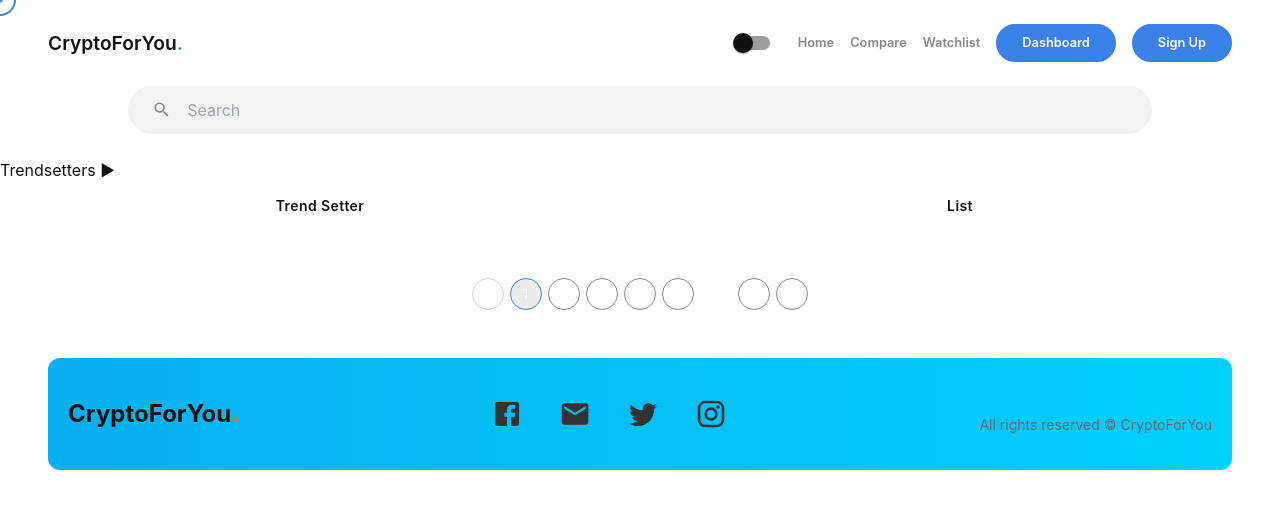
Repository: Pran2535/Prince
Page: /dashboard
These files come from the project's save history. The page is drawn as it stood at one moment and after the next save; the edit follows.
The browser window is 1280 px wide. The pictures show the whole page.
The page's requests for data from a server got no answer. The project was rebuilt for these pictures with package versions that can differ from the ones it lists, and the page was loaded fresh each time. No one was signed in, and anything a server would have sent is missing. Also part of the build but not shown: src/components/CoinPage/Info/styles.css, src/components/CoinPage/Info/index.js, src/components/CoinPage/LineChart/index.js, src/components/CoinPage/SelectDays/styles.css, src/components/CoinPage/SelectDays/index.js, src/components/CoinPage/ToggleComponent/index.js, src/components/Common/Loader/styles.css, src/components/Dashboard/List/styles.css and 20 more.

Above is the page before, as saved 2024-06-24 09:21:31.

### src/index.css
@tailwind base;
@tailwind components;
@tailwind utilities;

@import url("https://fonts.googleapis.com/css2?family=Inter:wght@100;200;300;500;600;700&display=swap");

:root {
  --white: #fff;
  --black: #111;
  --blue: #3a80e9;
  --grey: #888;
  --darkgrey: #1b1b1b;
  --green: #61c96f;
  --red: #f94141;
}

[data-theme="dark"] {
  --white: #ffffff;
  --black: #111;
  --grey: #888;
  --darkgrey: #1b1b1b;
}

[data-theme="light"] {
  --white: #111;
  --black: #fff;
  --grey: #888;
  --darkgrey: #f3f3f3;
}

html {
  scroll-behavior: smooth;
}

body {
  margin: 0;
  font-family: "Inter", sans-serif;
  -webkit-font-smoothing: antialiased;
  -moz-osx-font-smoothing: grayscale;
  background-color: var(--black);

  overflow-x: hidden;
}

h1,
h2,
h3,
h4,
h5,
h6,
p,
span {
  color: var(--white);
}

::selection {
  background-color: var(--blue);
  color: var(--white);
}

::-webkit-scrollbar {
  width: 0.3rem;
}

::-webkit-scrollbar-track {
  background-color: var(--black);
}

::-webkit-scrollbar-thumb {
  background: var(--blue);
  border-radius: 10px;
}

img {
  -webkit-user-drag: none;
  -khtml-user-drag: none;
  -moz-user-drag: none;
  -o-user-drag: none;
}

a {
  text-decoration: none;
  color: var(--white) !important;
}

.cursor {
  position: fixed;
  transform: translateX(-50%) translateY(-50%);
  pointer-events: none;
  background-color: var(--blue);
  z-index: 10000;
  border: 2px solid var(--blue);
  height: 0.3rem;
  width: 0.3rem;
  border-radius: 50%;
  transition: all 200ms ease-out;
}

.cursor-pointer {
  position: fixed;
  transform: translateX(-50%) translateY(-50%);
  pointer-events: none;
  background-color: transparent;
  border-radius: 50%;
  z-index: 10000;
  border: 2px solid var(--blue);
  height: 2rem;
  width: 2rem;
  transition: all 400ms ease-out;
}

@media only screen and (max-width: 600px) {
  .cursor-pointer,
  .cursor {
    display: none;
  }
}

### src/App.js
import { createTheme, ThemeProvider } from "@mui/material";
import { BrowserRouter, Route, Routes } from "react-router-dom";
import "./App.css";
import Coin from "./pages/Coin";
import Compare from "./pages/Compare";
import Dashboard from "./pages/Dashboard";
import Home from "./pages/Home";
import Watchlist from "./pages/Watchlist";
import { ToastContainer, toast } from "react-toastify";
import "react-toastify/dist/ReactToastify.css";
import { useEffect } from "react";
import Signup from "./pages/Signup";

function App() {
  const theme = createTheme({
    palette: {
      primary: {
        main: "#3a80e9",
      },
    },
  });

  var cursor;
  var cursorPointer;

  useEffect(() => {
    cursor = document.getElementById("cursor");
    cursorPointer = document.getElementById("cursor-pointer");

    document.body.addEventListener("mousemove", function (e) {
      return (
        (cursor.style.left = e.clientX + "px"),
        (cursor.style.top = e.clientY + "px"),
        (cursorPointer.style.left = e.clientX + "px"),
        (cursorPointer.style.top = e.clientY + "px")
      );
    });

    document.body.addEventListener("mousedown", function (e) {
      return (
        (cursor.style.height = "0.5rem"),
        (cursor.style.width = "0.5rem"),
        (cursorPointer.style.height = "3rem"),
        (cursorPointer.style.width = "3rem")
      );
    });

    document.body.addEventListener("mouseup", function (e) {
      return (
        (cursor.style.height = "0.3rem"),
        (cursor.style.width = "0.3rem"),
        (cursorPointer.style.height = "2rem"),
        (cursorPointer.style.width = "2rem")
      );
    });
  }, []);

  return (
    <div className="App">
      <div className="cursor" id="cursor" />
      <div className="cursor-pointer" id="cursor-pointer" />
      <ToastContainer />
      <ThemeProvider theme={theme}>
        <BrowserRouter>
          <Routes>
            <Route path="/" element={<Home />} />
            <Route path="/dashboard" element={<Dashboard />} />
            <Route path="/coin/:id" element={<Coin />} />
            <Route path="/compare" element={<Compare />} />
            <Route path="/watchlist" element={<Watchlist />} />
            <Route path="/signup" element={<Signup />} />
          </Routes>
        </BrowserRouter>
      </ThemeProvider>
    </div>
  );
}

export default App;

### src/pages/Dashboard.js
import React, { useEffect, useState } from "react";
import axios from "axios";
import Header from "../components/Common/Header";
import Loader from "../components/Common/Loader";
import Search from "../components/Dashboard/Search";
import TabsComponent from "../components/Dashboard/Tabs";
import PaginationComponent from "../components/Dashboard/Pagination";
import TopButton from "../components/Common/TopButton";
import Footer from "../components/Common/Footer/footer";
import TrendSetter from "../components/Dashboard/TrendSetter";

function Dashboard() {
  const [coins, setCoins] = useState([]);
  const [loading, setLoading] = useState(false);
  const [search, setSearch] = useState("");
  const [page, setPage] = useState(1);
  const [paginatedCoins, setPaginatedCoins] = useState([]);
  const [bitcoin, setBitcoin] = useState(null);
  const [ethereum, setEthereum] = useState(null);
  const [solana, setSolana] = useState(null);

  useEffect(() => {
    getData();
  }, []);

  const getData = () => {
    setLoading(true);
    axios
      .get(
        "https://api.coingecko.com/api/v3/coins/markets?vs_currency=usd&order=market_cap_desc&per_page=100&page=1&sparkline=false"
      )
      .then((response) => {
        console.log("RESPONSE>>>", response.data);
        setCoins(response.data);
        setPaginatedCoins(response.data.slice(0, 10));

        // Filter out Bitcoin, Ethereum, and Solana
        const btc = response.data.find((coin) => coin.symbol === "btc");
        const eth = response.data.find((coin) => coin.symbol === "eth");
        const sol = response.data.find((coin) => coin.symbol === "sol");
        setBitcoin(btc);
        setEthereum(eth);
        setSolana(sol);

        setLoading(false);
      })
      .catch((error) => {
        console.log("ERROR>>>", error.message);
        setLoading(false);
      });
  };

  const handleChange = (e) => {
    setSearch(e.target.value);
    console.log(e.target.value);
  };

  const filteredCoins = coins.filter(
    (coin) =>
      coin.name.toLowerCase().includes(search.trim().toLowerCase()) ||
      coin.symbol.toLowerCase().includes(search.trim().toLowerCase())
  );

  const handlePageChange = (event, value) => {
    setPage(value);
    // Value = new page number
    var initialCount = (value - 1) * 10;
    setPaginatedCoins(coins.slice(initialCount, initialCount + 10));
  };

  return (
    <>
      <Header />
      {loading ? (
        <Loader />
      ) : (
        <>
          <Search search={search} handleChange={handleChange} />
          <TrendSetter bitcoin={bitcoin} ethereum={ethereum} solana={solana} />
          <TabsComponent
            coins={search ? filteredCoins : paginatedCoins}
            setSearch={setSearch}
          />
          {!search && (
            <PaginationComponent
              page={page}
              handlePageChange={handlePageChange}
            />
          )}
        </>
      )}
      <TopButton />
      <Footer />
    </>
  );
}

export default Dashboard;

### src/components/Common/Header/index.js
import React, { useEffect, useState } from "react";
import Button from "../Button";
import TemporaryDrawer from "./drawer";
import "./styles.css";
import Switch from "@mui/material/Switch";
import { toast } from "react-toastify";

function Header() {
  const [darkMode, setDarkMode] = useState(
    localStorage.getItem("theme") === "dark"
  );

  useEffect(() => {
    if (localStorage.getItem("theme") === "dark") {
      setDark();
    } else {
      setLight();
    }
  }, []);

  const changeMode = () => {
    if (localStorage.getItem("theme") !== "dark") {
      setDark();
    } else {
      setLight();
    }
    setDarkMode(!darkMode);
    toast.success("Theme Changed!");
  };

  const setDark = () => {
    localStorage.setItem("theme", "dark");
    document.documentElement.setAttribute("data-theme", "dark");
  };

  const setLight = () => {
    localStorage.setItem("theme", "light");
    document.documentElement.setAttribute("data-theme", "light");
  };

  return (
    <div className="header">
      <h1>
        CryptoForYou<span style={{ color: "var(--blue)" }}>.</span>
      </h1>
      <div className="links">
        <Switch checked={darkMode} onClick={changeMode} />
        <a href="/">
          <p className="link">Home</p>
        </a>
        <a href="/compare">
          <p className="link">Compare</p>
        </a>
        <a href="/watchlist">
          <p className="link">Watchlist</p>
        </a>
        <a href="/dashboard">
          <Button text={"Dashboard"} />
        </a>
        {/* Adding the sign-up button */}
        <a href="/signup">
          <Button text={"Sign Up"} />
        </a>
      </div>
      <div className="drawer-component">
        <TemporaryDrawer />
      </div>
    </div>
  );
}

export default Header;

### src/components/Dashboard/Tabs/index.js
import * as React from "react";
import Tab from "@mui/material/Tab";
import TabContext from "@mui/lab/TabContext";
import TabList from "@mui/lab/TabList";
import TabPanel from "@mui/lab/TabPanel";
import "./styles.css";
import List from "../List";
import { convertNumber } from "../../../functions/convertNumber";
import Button from "../../Common/Button";
import TrendSetter from "../TrendSetter"; // Adjust the path as needed

export default function TabsComponent({
  coins,
  setSearch,
  bitcoin,
  ethereum,
  solana,
}) {
  const [value, setValue] = React.useState("grid");

  const handleChange = (event, newValue) => {
    setValue(newValue);
  };

  const style = {
    color: "var(--white)",
    "& .Mui-selected": {
      color: "var(--blue) !important",
    },
    fontFamily: "Inter,sans-serif",
    fontWeight: 600,
    textTransform: "capitalize",
  };

  return (
    <TabContext value={value}>
      <div style={{ borderBottom: 1, borderColor: "divider" }}>
        <TabList onChange={handleChange} variant="fullWidth">
          <Tab label="Trend Setter" value="trendsetter" sx={style} />
          <Tab label="List" value="list" sx={style} />
        </TabList>
      </div>
      <TabPanel value="trendsetter">
        <TrendSetter bitcoin={bitcoin} ethereum={ethereum} solana={solana} />
      </TabPanel>
      <TabPanel value="list">
        <table className="list-flex">
          {coins.length > 0 ? (
            coins.map((coin, i) => (
              <List coin={coin} key={i} delay={(i % 8) * 0.2} />
            ))
          ) : (
            <div>
              <h1 style={{ textAlign: "center" }}>
                Sorry, Couldn't find the coin you're looking for 😞
              </h1>
              <div
                style={{
                  display: "flex",
                  justifyContent: "center",
                  margin: "2rem",
                }}
              >
                <Button text="Clear Search" onClick={() => setSearch("")} />
              </div>
            </div>
          )}
        </table>
      </TabPanel>
    </TabContext>
  );
}

### src/components/Dashboard/Pagination/index.js
import React, { useState } from "react";
import "./styles.css";

import Pagination from "@mui/material/Pagination";

export default function PaginationControlled({ page, handlePageChange }) {
  return (
    <div className="pagination-div">
      <Pagination
        sx={{
          "& .MuiPaginationItem-text": {
            color: "#fff !important",
            border: "1px solid var(--grey)",
          },
          "& .MuiPaginationItem-text:hover": {
            backgroundColor: "transparent !important",
          },
          "& .Mui-selected  ": {
            backgroundColor: "var(--blue)",
            borderColor: "var(--blue)",
          },
          "& .MuiPaginationItem-ellipsis": {
            border: "none",
          },
        }}
        count={10}
        page={page}
        onChange={handlePageChange}
      />
    </div>
  );
}

### src/components/Common/TopButton/index.js
import React from "react";
import ExpandLessRoundedIcon from "@mui/icons-material/ExpandLessRounded";
function TopButton() {
  // Get the button
  let mybutton = document.getElementById("top-btn");

  // When the user scrolls down 20px from the top of the document, show the button
  window.onscroll = function () {
    scrollFunction();
  };

  function scrollFunction() {
    if (
      document.body.scrollTop > 500 ||
      document.documentElement.scrollTop > 500
    ) {
      mybutton.style.display = "flex";
    } else {
      mybutton.style.display = "none";
    }
  }
  return (
    <div
      className="top-btn"
      id="top-btn"
      onClick={() => {
        document.body.scrollTop = 0;
        document.documentElement.scrollTop = 0;
      }}
    >
      <ExpandLessRoundedIcon />
    </div>
  );
}

export default TopButton;

### src/components/Common/Footer/footer.js
import React from "react";
import "./styles.css";
import FacebookIcon from "@mui/icons-material/Facebook";
import EmailIcon from "@mui/icons-material/Email";
import TwitterIcon from "@mui/icons-material/Twitter";
import InstagramIcon from "@mui/icons-material/Instagram";

function Footer() {
  function topFunction() {
    document.body.scrollTop = 0;
    document.documentElement.scrollTop = 0;
  }

  return (
    <div className="footer">
      <h2 className="logo" onClick={() => topFunction()}>
        CryptoForYou<span>.</span>
      </h2>
      <div className="social-links">
        <a href="https://facebook.com">
          <FacebookIcon className="social-link" />
        </a>
        <a href="mailto:Pranav1256kam@gmail.com">
          <EmailIcon className="social-link" />
        </a>
        <a href="https://www.twitter.com">
          <TwitterIcon className="social-link" />
        </a>
        <a href="https://www.instagram.com">
          <InstagramIcon className="social-link" />
        </a>
      </div>
      <p className="footer-text text-white ">
        All rights reserved © CryptoForYou
      </p>
    </div>
  );
}

export default Footer;

### src/components/Dashboard/TrendSetter.js
import React from "react";
import CustomCardComponent from "./CustomCard";
function TrendSetter() {
  // Example coin data
  const trendsettersCoins = [
    {
      id: "bitcoin",
      name: "Bitcoin",
      current_price: 50000,
    },
    {
      id: "ethereum",
      name: "Ethereum",
      current_price: 3000,
    },
    {
      id: "solana",
      name: "Solana",
      current_price: 100,
    },
  ];

  return (
    <div className="dashboard">
      <CustomCardComponent cardName="Trendsetters" coins={trendsettersCoins} />
    </div>
  );
}

export default TrendSetter;

### src/components/Common/Button/styles.css
.btn {
  background-color: var(--blue);
  padding: 0.45rem 1.5rem;
  border-radius: 3rem;
  font-weight: 600;
  font-size: 0.8rem;
  text-transform: capitalize;
  cursor: pointer;
  border: 2px solid var(--blue);
  text-align: center;
  min-width: 80px;
  color: white;
}

.btn:hover {
  box-shadow: 2px 2px 10px rgba(58, 128, 233, 0.5);
  transition: all 0.5s ease-in-out;
}

.btn-outlined {
  text-align: center;
  background-color: var(--black);
  padding: 0.45rem 1.5rem;
  border-radius: 3rem;
  font-weight: 600;
  font-size: 0.8rem;
  text-transform: capitalize;
  cursor: pointer;
  border: 2px solid var(--blue);
  min-width: 80px;
  color: var(--white);
}

.btn-outlined:hover {
  background-color: var(--blue);
  transition: all 0.3s;
}

@media only screen and (max-width: 800px) {
  .btn,
  .btn-outlined {
    font-size: 0.8rem;
  }
}

### src/components/Common/Header/drawer.js
import React, { useEffect, useState } from "react";
import Drawer from "@mui/material/Drawer";
import MenuRoundedIcon from "@mui/icons-material/MenuRounded";
import { IconButton } from "@mui/material";
import Switch from "@mui/material/Switch";
import { toast } from "react-toastify";

export default function TemporaryDrawer() {
  const [open, setOpen] = useState(false);
  const [darkMode, setDarkMode] = useState(
    localStorage.getItem("theme") === "dark"
  );

  useEffect(() => {
    if (localStorage.getItem("theme") === "dark") {
      setDark();
    } else {
      setLight();
    }
  }, []);

  const changeMode = () => {
    if (localStorage.getItem("theme") !== "dark") {
      setDark();
    } else {
      setLight();
    }
    setDarkMode(!darkMode);
    toast.success("Theme Changed!");
  };

  const setDark = () => {
    localStorage.setItem("theme", "dark");
    document.documentElement.setAttribute("data-theme", "dark");
  };

  const setLight = () => {
    localStorage.setItem("theme", "light");
    document.documentElement.setAttribute("data-theme", "light");
  };

  return (
    <div>
      <IconButton onClick={() => setOpen(true)}>
        <MenuRoundedIcon className="link" />
      </IconButton>
      <Drawer anchor="right" open={open} onClose={() => setOpen(false)}>
        <div className="drawer-div">
          <a href="/">
            <p className="link">Home</p>
          </a>
          <a href="/compare">
            <p className="link">Compare</p>
          </a>
          <a href="/watchlist">
            <p className="link">Watchlist</p>
          </a>
          <a href="/dashboard">
            <p className="link">Dashboard</p>
          </a>
          <a href="/signup">
            <p className="link">Sign Up</p>
          </a>
          <Switch checked={darkMode} onClick={changeMode} />
        </div>
      </Drawer>
    </div>
  );
}

### src/components/Common/Header/styles.css
.header {
  display: flex;
  justify-content: space-between;
  align-items: center;
  padding: 1.5rem 3rem;
  position: sticky;
  top: 0;
  background-color: var(--black);
  z-index: 1000;
}

.header h1 {
  font-size: 1.2rem;
  margin: 0rem;
  font-weight: 600;
}

.links {
  display: flex;
  justify-content: flex-end;
  align-items: center;
  gap: 1rem;
}

.link {
  font-size: 0.8rem;
  color: var(--grey);
  font-weight: 600;
  cursor: pointer;
}

.link:hover {
  color: var(--white);
  transform: all 0.3s;
}

.drawer-component {
  display: none;
}

@media only screen and (max-width: 800px) {
  .links {
    display: none;
  }

  .drawer-component {
    display: block;
  }

  .header {
    padding: 0.5rem 1.5rem;
  }

  .drawer-div {
    width: 40vw;
    background-color: var(--black);
    height: 100vh;
    padding: 0.5rem 1.5rem;
  }
}

### src/components/Common/Footer/styles.css
.footer {
  display: flex;
  justify-content: space-between;
  align-items: center;
  padding: 1rem;
  margin: 3rem;
  height: auto;
  border-radius: 0.75rem;
  background: linear-gradient(
    90deg,
    rgba(2, 0, 36, 1) 0%,
    rgba(31, 83, 198, 1) 0%,
    rgba(0, 212, 255, 1) 100%
  );
  background-size: 400% 400%;
  animation: gradient 15s ease infinite;
}

.footer h2 {
  cursor: pointer;
}

.social-links {
  display: flex;
  justify-content: flex-end;
  align-items: center;
  gap: 1rem;
}

.social-link {
  color: var(--white);
  font-size: 2rem !important;
  transition: all 0.2s ease-in-out !important;
}

.social-link:hover {
  transform: scale(1.2);
}

@keyframes gradient {
  0% {
    background-position: 0% 50%;
  }
  50% {
    background-position: 100% 50%;
  }
  100% {
    background-position: 0% 50%;
  }
}

@media only screen and (max-width: 800px) {
  .footer {
    margin: 1.5rem 0.5rem;
    margin-bottom: 6rem;
  }

  .footer h2 {
    font-size: 1rem;
  }

  .social-links {
    gap: 0.5rem;
  }
  .social-link {
    font-size: 1rem !important;
  }
}
.footer {
  padding: 20px;
  background-color: #f1f1f1;
  text-align: center;
}

.logo {
  cursor: pointer;
  font-size: 24px;
  font-weight: bold;
}

.logo span {
  color: #ff6600;
}

.social-links {
  margin: 20px 0;
}

.social-link {
  margin: 0 10px;
  color: #333;
  font-size: 24px;
  transition: color 0.3s;
}

.social-link:hover {
  color: #ff6600;
}

.footer-text {
  margin-top: 20px;
  font-size: 14px;
  color: #666;
}

### src/components/Dashboard/CustomCard.js
// components/Dashboard/CustomCardComponent.js
import React, { useState } from "react";
import { useNavigate } from "react-router-dom";
import "./CustomCardComponent.css"; // Make sure to create this CSS file

function CoinCard({ coin }) {
  const navigate = useNavigate();

  const handleClick = (e) => {
    e.stopPropagation(); // Prevent triggering parent's onClick
    navigate(`/coin/${coin.id}`);
  };

  return (
    <div className="outer" onClick={handleClick}>
      <div className="dot"></div>
      <div className="card">
        <div className="ray"></div>
        <div className="text">{coin.current_price.toLocaleString()}</div>
        <div>{coin.name}</div>
        <div className="line topl"></div>
        <div className="line leftl"></div>
        <div className="line bottoml"></div>
        <div className="line rightl"></div>
      </div>
    </div>
  );
}

function CustomCardComponent({ cardName, coins }) {
  const [isExpanded, setIsExpanded] = useState(false);

  const toggleExpand = () => {
    setIsExpanded(!isExpanded);
  };

  return (
    <div className="custom-card-wrapper">
      <div className="custom-card-header" onClick={toggleExpand}>
        <h2>
          {cardName} {isExpanded ? "▼" : "▶"}
        </h2>
      </div>
      {isExpanded && (
        <div className="custom-card-content">
          {coins.map((coin, index) => (
            <CoinCard key={index} coin={coin} />
          ))}
        </div>
      )}
    </div>
  );
}

export default CustomCardComponent;

Loaded but not shown: public/index.html (common file); src/index.js (common file); src/App.css (common file); src/components/Common/Button/index.js (common file); src/components/Common/Loader/index.js (common file); src/components/Dashboard/Search/index.js (common file); src/functions/convertNumber.js (common file); src/components/Dashboard/Search/styles.css (common file); src/components/Dashboard/Pagination/styles.css (common file); tailwind.config.js (common file)

After the next save:
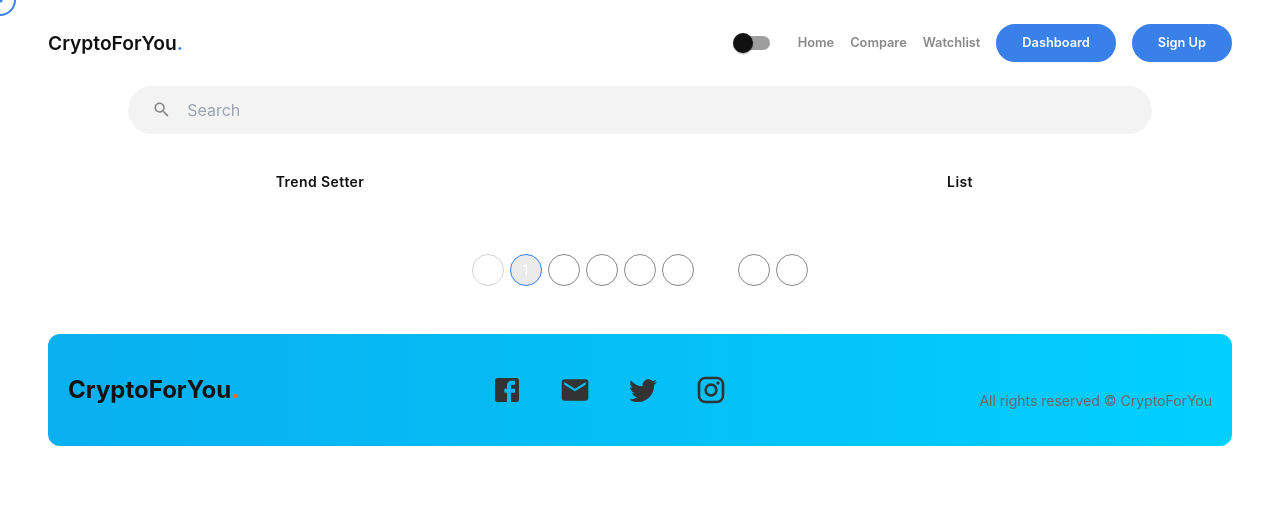
Saved 45 s later.
--- a/src/pages/Dashboard.js
+++ b/src/pages/Dashboard.js
@@ -76,7 +76,7 @@ function Dashboard() {
       ) : (
         <>
           <Search search={search} handleChange={handleChange} />
-          <TrendSetter bitcoin={bitcoin} ethereum={ethereum} solana={solana} />
+
           <TabsComponent
             coins={search ? filteredCoins : paginatedCoins}
             setSearch={setSearch}
